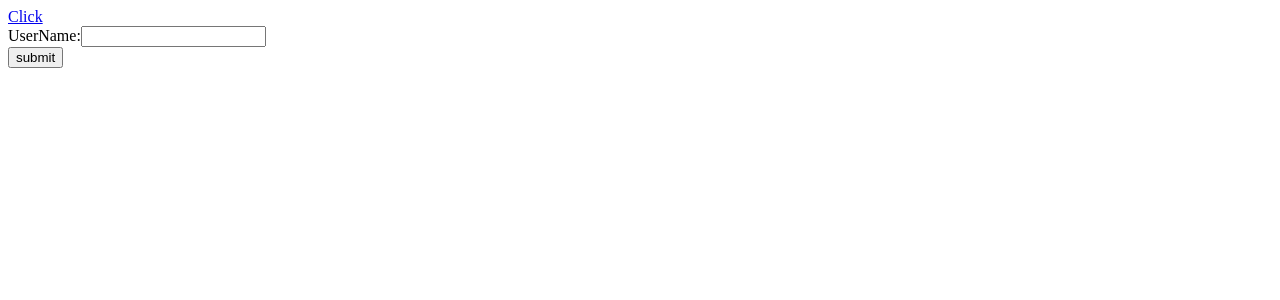
Repository: nirbit005/secundarabadspringtraining
Page: Workspace/DemoWebApp/WebContent/index.html
An editor plug-in stored every save of this project. The page is shown before and after the next save, followed by the edit.
The browser window is 1280 px wide. The pictures show the whole page.

Above is the page before, as saved 2019-08-27 06:01:10.

### Workspace/DemoWebApp/WebContent/index.html
<!DOCTYPE html>
<html>
<head>
<meta charset="ISO-8859-1">
<title>Insert title here</title>
</head>
<body>
<a href="hi">Click</a>
<br/>
<form action="hi">
<label>UserName:</label><input type="text" name="user"><br/>
<input type="submit" value="submit">
</form>
</body>
</html>

After the next save:
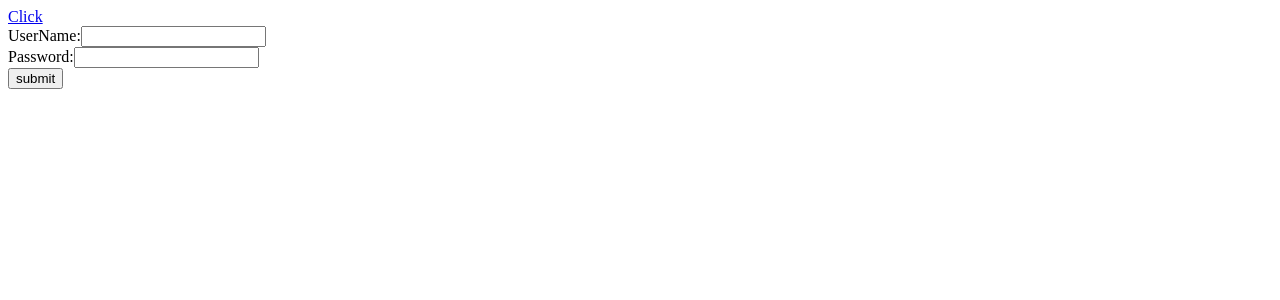
Saved 4 min 25 s later.
--- a/Workspace/DemoWebApp/WebContent/index.html
+++ b/Workspace/DemoWebApp/WebContent/index.html
@@ -9,6 +9,7 @@
 <br/>
 <form action="hi">
 <label>UserName:</label><input type="text" name="user"><br/>
+<label>Password:</label><input type="password" name="pass"><br/>
 <input type="submit" value="submit">
 </form>
 </body>
